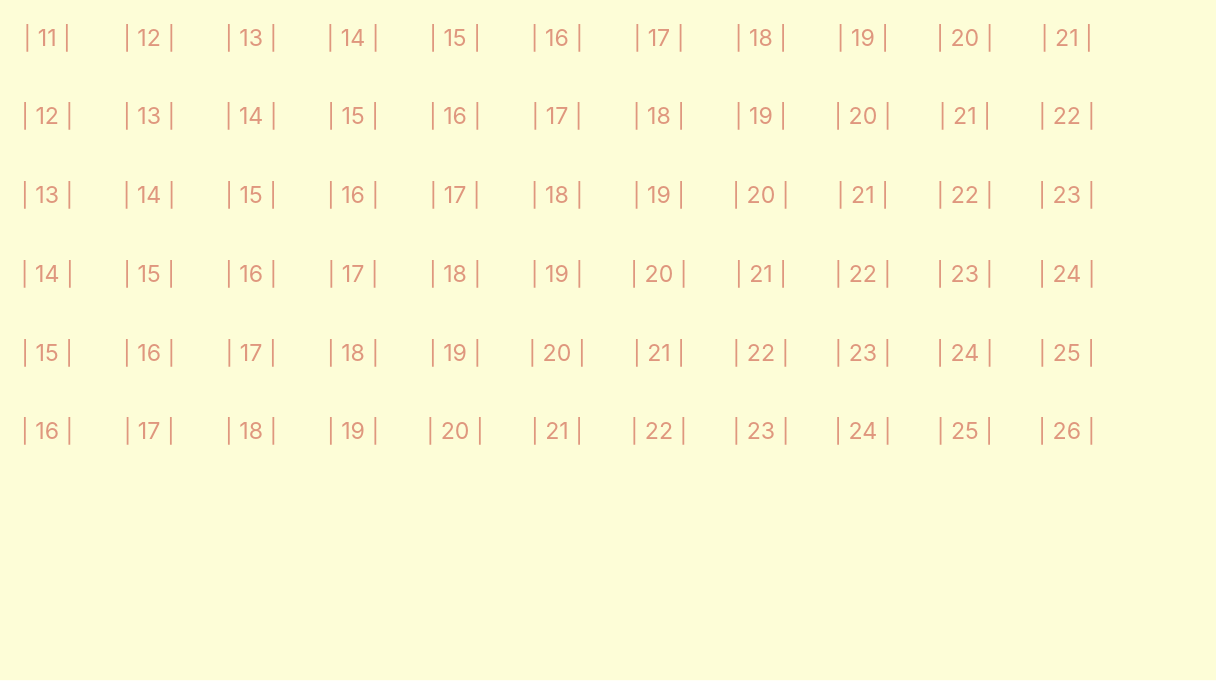
Repository: ghbamorim/megasenaapi
Page: / (app in mega-sena-client/)
These files come from the project's save history. The page is drawn as it stood at one moment and after the next save; the edit follows.
The browser window is 1280 px wide. The page is 1284 px wide, so the pictures cover 1284 px, including what lies to the right of the window. The pictures show the whole page, at 95% of full size.
The project was rebuilt for these pictures with package versions that can differ from the ones it lists, and the page was loaded fresh each time. Also part of the build but not shown: mega-sena-client/src/App.css.

Above is the page before, as saved 2021-09-12 09:47:38.

### mega-sena-client/src/App.tsx
import Grid from "@material-ui/core/Grid";
import { makeStyles } from "@material-ui/core/styles";
import React from "react";
import "./App.css";
import Row from "./row";

const useStyles = makeStyles((theme) => ({
  App: {
    textAlign: "center",
  },

  AppHeader: {
    backgroundColor: "#FDFDD7",
    minHeight: "100vh",
    alignItems: "center",
    justifyContent: "center",
    fontSize: "calc(10px + 2vmin)",
    color: "#DF977E",
  },
}));

function App() {
  const classes = useStyles();
  const rows: number[] = [];
  for (let i = 1; i <= 6; i++) {
    rows.push(i);
  }

  return (
    <div className={classes.App}>
      <header className={classes.AppHeader}>
        <div>
          {rows.map((i) => {
            return (
              <Grid container spacing={1}>
                <Row startNumber={i + 10} endNumber={i + 20} />
              </Grid>
            );
          })}
        </div>
      </header>
    </div>
  );
}

export default App;

### mega-sena-client/src/row.tsx
import Grid from "@material-ui/core/Grid";
import React from "react";
import "./App.css";

interface IRowProps {
  startNumber: number;
  endNumber: number;
}

const Row: React.FC<IRowProps> = ({ startNumber, endNumber }: IRowProps) => {
  const cols: number[] = [];
  for (let i = startNumber; i <= endNumber; i++) {
    cols.push(i);
  }

  return (
    <React.Fragment>
      {cols.map((i) => {
        return (
          <Grid item xs={1}>
            <div className="App">
              <p>| {i} |</p>
            </div>
          </Grid>
        );
      })}
    </React.Fragment>
  );
};

export default Row;

Loaded but not shown: mega-sena-client/public/index.html (common file); mega-sena-client/src/index.tsx (common file); mega-sena-client/src/index.css (common file); mega-sena-client/src/reportWebVitals.ts (common file)

After the next save:
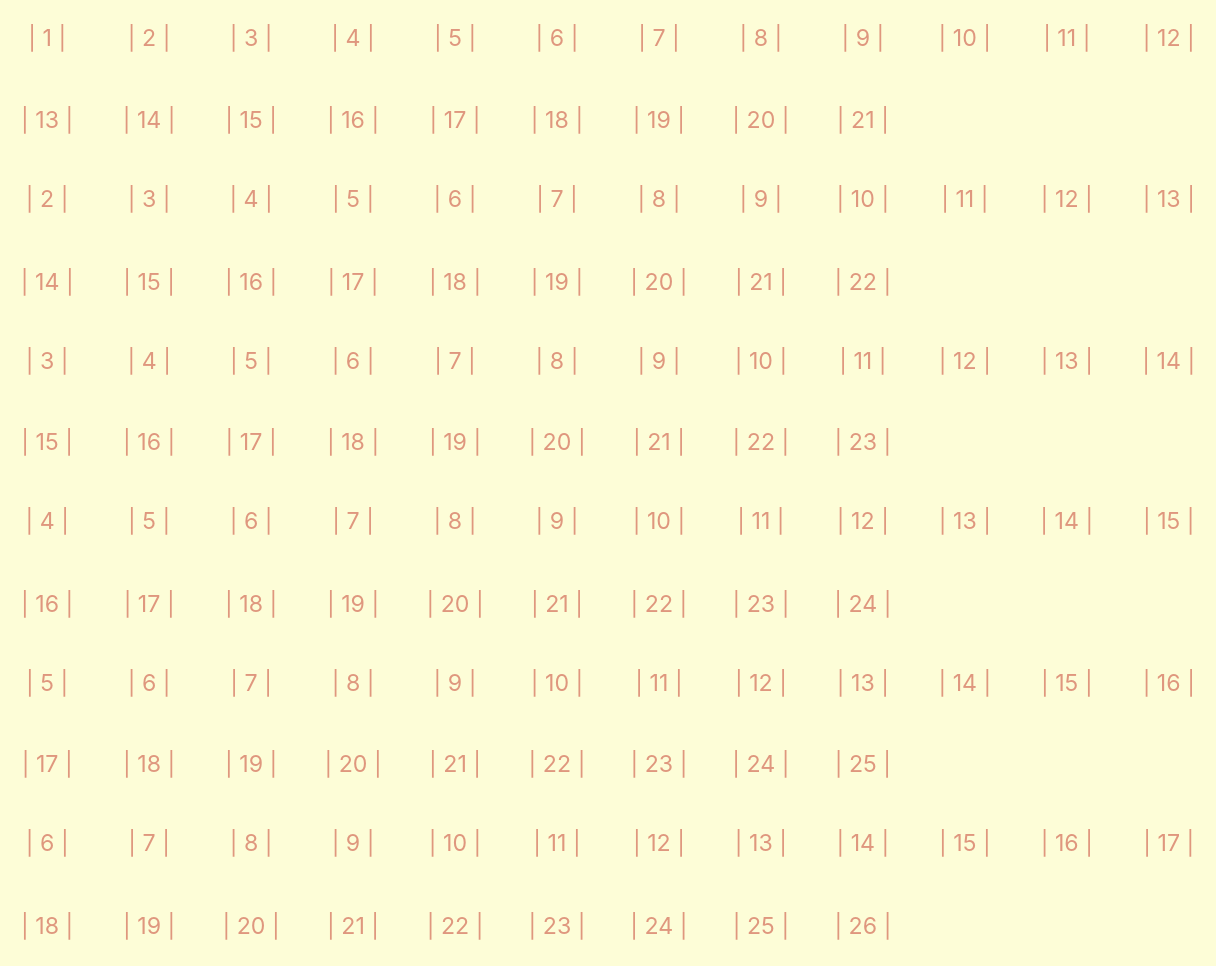
Saved 26 s later.
--- a/mega-sena-client/src/App.tsx
+++ b/mega-sena-client/src/App.tsx
@@ -33,7 +33,7 @@ function App() {
           {rows.map((i) => {
             return (
               <Grid container spacing={1}>
-                <Row startNumber={i + 10} endNumber={i + 20} />
+                <Row startNumber={i} endNumber={i + 20} />
               </Grid>
             );
           })}
